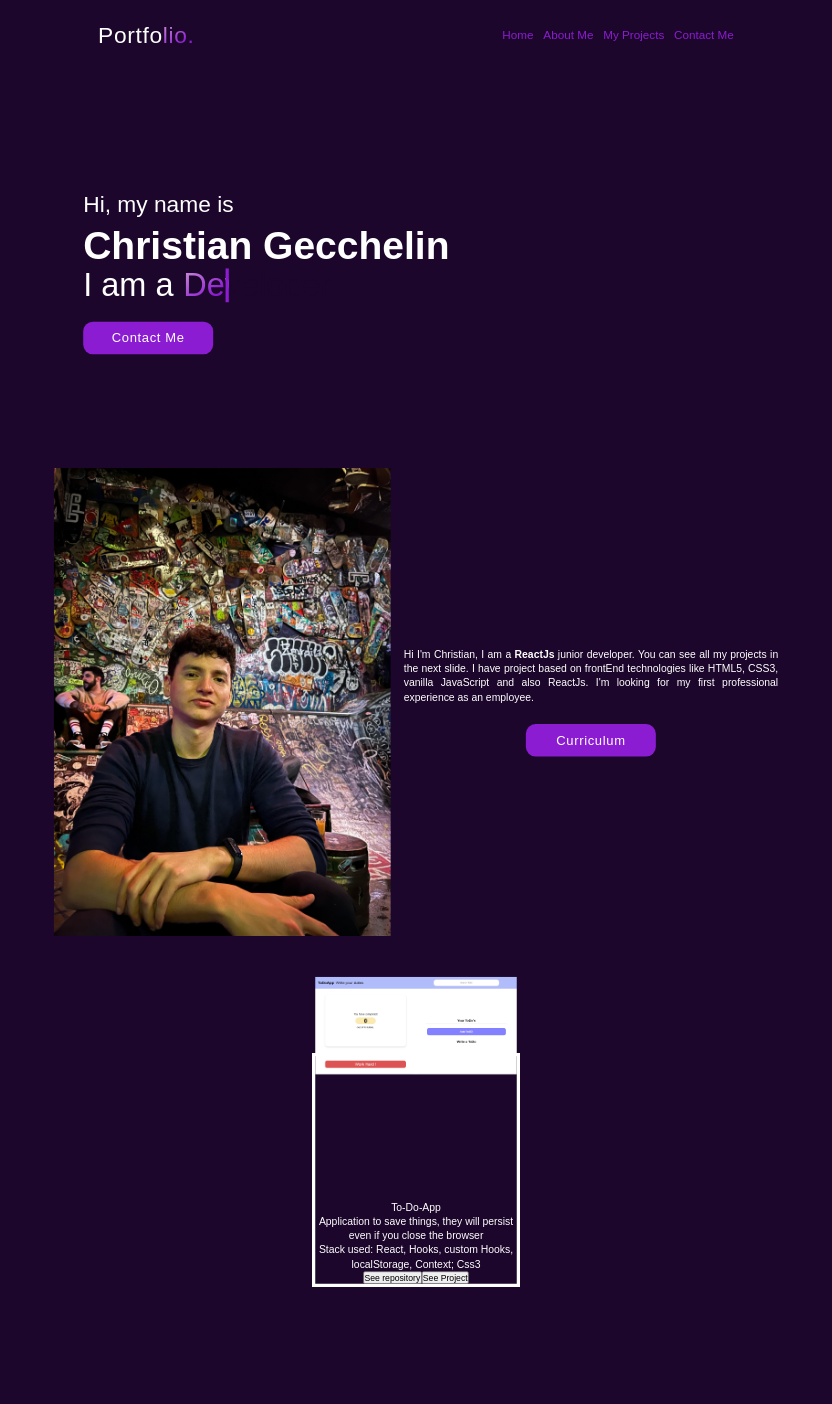
Repository: ChristianGecchelin/portfolio-web
Page: /
These files come from the project's save history. The page is drawn as it stood at one moment and after the next save; the edit follows.
The browser window is 1280 px wide. The pictures show the whole page, at 65% of full size.
The project was rebuilt for these pictures with package versions that can differ from the ones it lists, and the page was loaded fresh each time.

Above is the page before, as saved 2022-01-21 17:59:48.

After the next save:
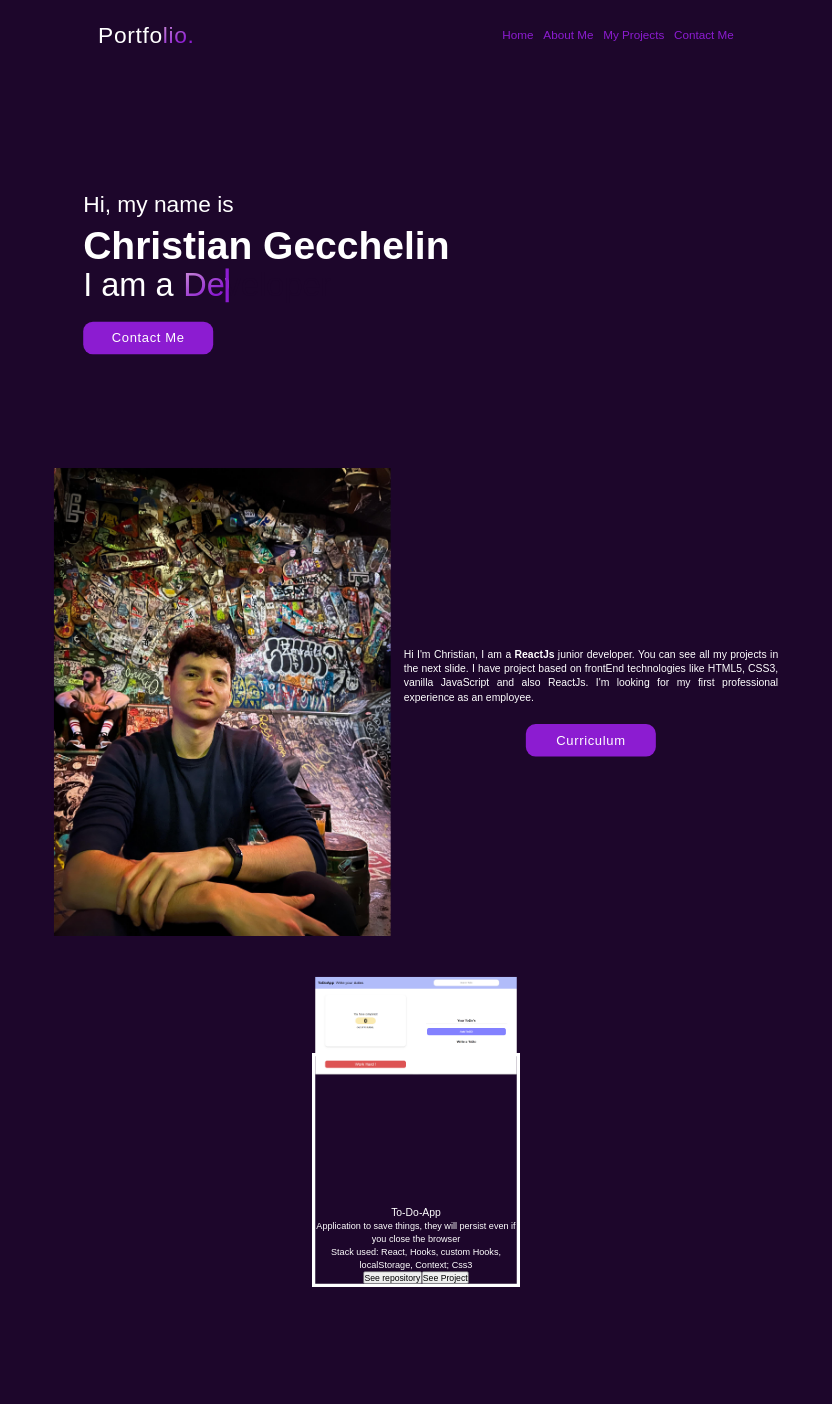
Saved 8 s later.
--- a/src/MyProjects/MyProjects.css
+++ b/src/MyProjects/MyProjects.css
@@ -36,8 +36,8 @@
   color: #fff;
 }
 .project-section .project-card .card-text {
-  font-size: 1.6rem;
-  line-height: 2.2rem;
+  font-size: 1.4rem;
+  line-height: 2rem;
   font-weight: 400;
   color: #fff;
 }
